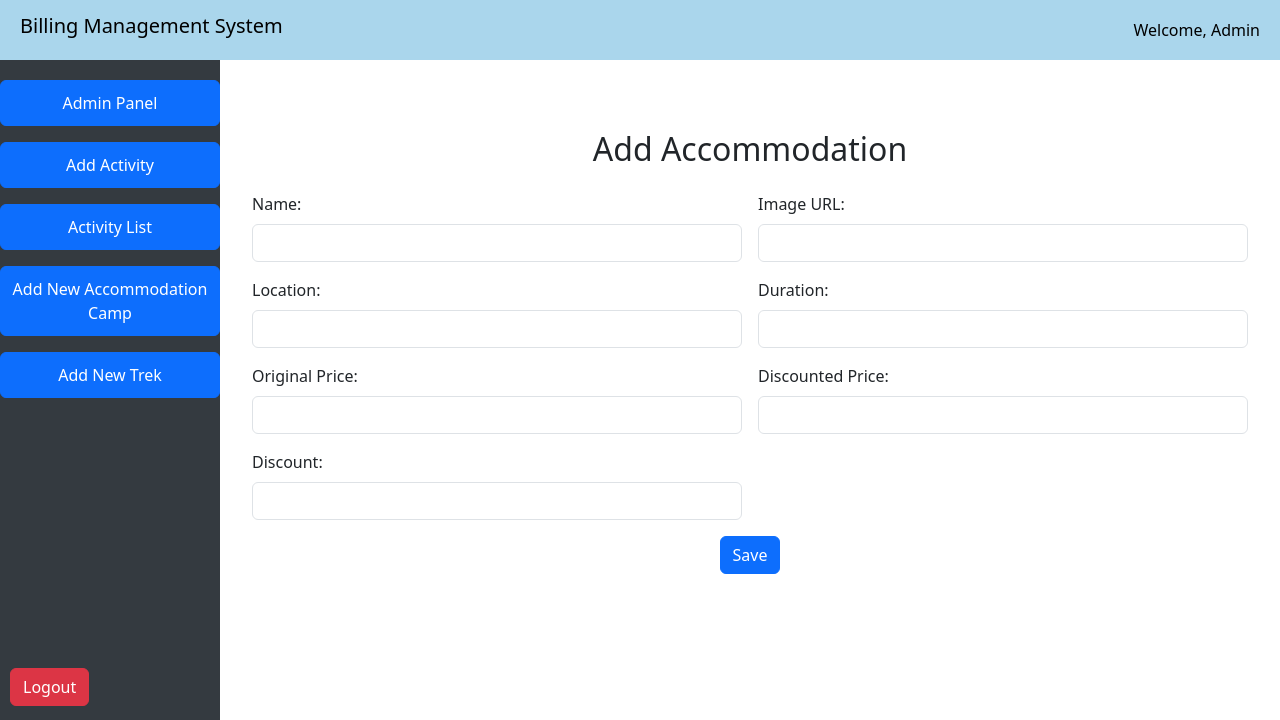
Repository: ruturajsurwase/Thymleaf-Projects
Page: http://localhost/accommodationcamp-form
An editor plug-in stored every save of this project. The page is shown before and after the next save, followed by the edit.
The browser window is 1280 px wide. The pictures show the whole page.
The page is this project's Thymeleaf template; nobody is signed in. The template is opened directly, without the code that normally fills it, so the values that code supplies are empty.

Above is the page before, as saved 2024-12-12 09:24:27.

### WEEKENDFEELS/src/main/resources/templates/accommodationcamp-form.html
<!DOCTYPE html>
<html lang="en" xmlns:th="http://www.thymeleaf.org">

<head>
    <meta charset="UTF-8">
    <meta name="viewport" content="width=device-width, initial-scale=1.0">
    <title>Add Accommodation Camp</title>
    <!-- Bootstrap CSS -->
    <link href="https://cdn.jsdelivr.net/npm/bootstrap@5.3.0-alpha3/dist/css/bootstrap.min.css" rel="stylesheet">
    <style>
        .container {
            margin-top: 30px;
        }

        .topbar {
            width: 100%;
            height: 60px;
            background-color: #aad6ec;
            color: black;
            position: fixed;
            top: 0;
            left: 0;
            z-index: 1000;
            display: flex;
            align-items: center;
            justify-content: space-between;
            padding: 0 20px;
        }

        .sidebar {
            height: 100vh;
            position: fixed;
            left: 0;
            top: 60px;
            background-color: #343a40;
            color: white;
            padding-top: 20px;
            width: 220px;
        }

        .sidebar a {
            color: white;
            display: block;
            padding: 10px;
            text-decoration: none;
            font-size: 16px;
        }

        .sidebar a:hover {
            background-color: #81b1ce;
        }

        .content {
            margin-left: 220px;
            margin-top: 80px;
            padding: 20px;
        }

        .logout-btn {
            position: absolute;
            bottom: 74px;
            width: 90%;
            left: 10px;
        }
    </style>
</head>

<body>

    <!-- Topbar -->
    <div class="topbar">
        <div class="logo">
            <h5>Billing Management System</h5>
        </div>
        <div class="user-info">
            <span>Welcome, Admin</span>
        </div>
    </div>

    <!-- Sidebar -->
    <div class="sidebar">

        <a href="/" class="btn btn-primary btn-block mb-3">Admin Panel</a>

		<a href="/add" 	class="btn btn-primary btn-block mb-3">Add Activity</a>

		<a href="/listActivities" 	class="btn btn-primary btn-block mb-3">Activity List</a>

		<a href="/accommodations/add" class="btn btn-primary btn-block mb-3">Add New Accommodation Camp</a>


	    <a href="/trek/add" class="btn btn-primary btn-block mb-3">Add New Trek</a>


        <form th:action="@{/logout}" method="post" class="logout-btn">
            <button type="submit" class="btn btn-danger btn-block">Logout</button>
        </form>
    </div>

    <!-- Main Content -->
    <div class="content">
        <div class="container">
            <h2 class="text-center mb-4">Add Accommodation</h2>
            <form action="/accommodations/save" method="post" class="row g-3">
                <div class="col-md-6">
                    <label class="form-label" for="name">Name:</label>
                    <input type="text" id="name" name="name" class="form-control" required>
                </div>

                <div class="col-md-6">
                    <label class="form-label" for="imageUrl">Image URL:</label>
                    <input type="text" id="imageUrl" name="imageUrl" class="form-control" required>
                </div>

                <div class="col-md-6">
                    <label class="form-label" for="location">Location:</label>
                    <input type="text" id="location" name="location" class="form-control" required>
                </div>

                <div class="col-md-6">
                    <label class="form-label" for="duration">Duration:</label>
                    <input type="text" id="duration" name="duration" class="form-control" required>
                </div>

                <div class="col-md-6">
                    <label class="form-label" for="originalPrice">Original Price:</label>
                    <input type="text" id="originalPrice" name="originalPrice" class="form-control" required>
                </div>

                <div class="col-md-6">
                    <label class="form-label" for="discountedPrice">Discounted Price:</label>
                    <input type="text" id="discountedPrice" name="discountedPrice" class="form-control" required>
                </div>

                <div class="col-md-6">
                    <label class="form-label" for="discount">Discount:</label>
                    <input type="text" id="discount" name="discount" class="form-control" required>
                </div>

                <div class="col-12 text-center">
                    <button type="submit" class="btn btn-primary">Save</button>
                </div>
            </form>
        </div>
    </div>

    <!-- Bootstrap JS -->
    <script src="https://cdn.jsdelivr.net/npm/bootstrap@5.3.0-alpha3/dist/js/bootstrap.bundle.min.js"></script>

</body>

</html>

After the next save:
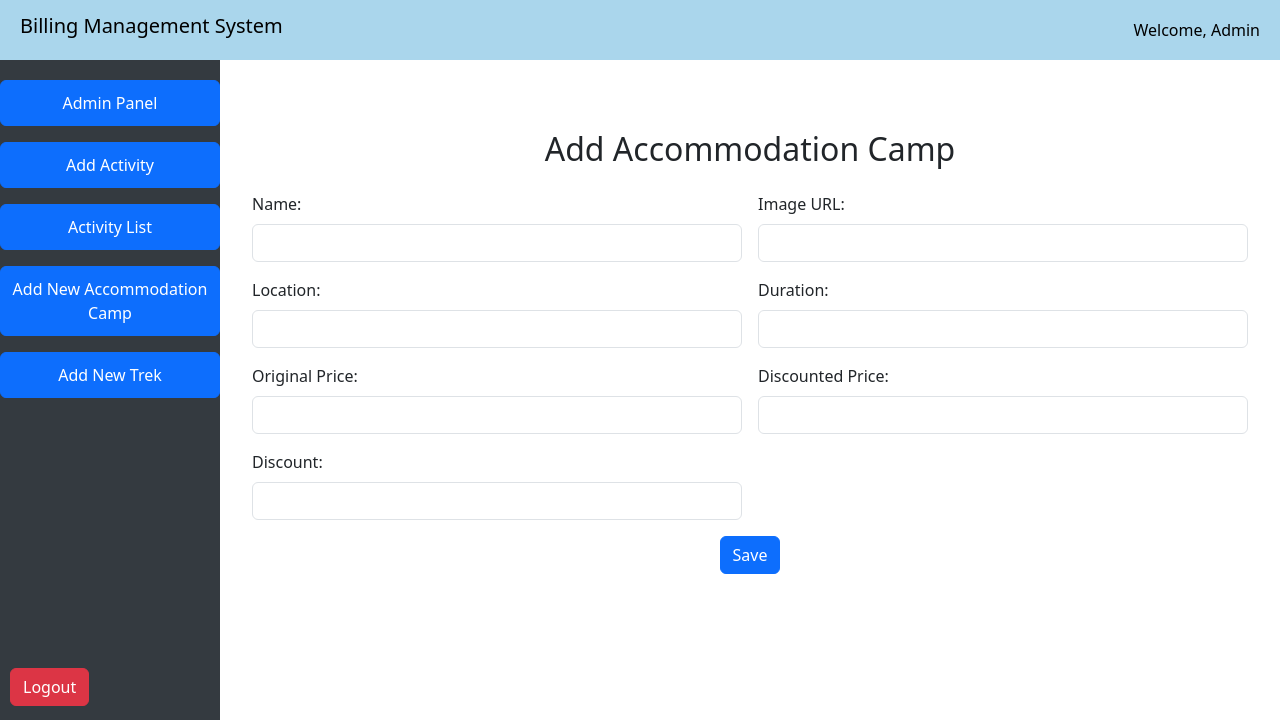
Saved 5 s later.
--- a/WEEKENDFEELS/src/main/resources/templates/accommodationcamp-form.html
+++ b/WEEKENDFEELS/src/main/resources/templates/accommodationcamp-form.html
@@ -100,7 +100,7 @@
     <!-- Main Content -->
     <div class="content">
         <div class="container">
-            <h2 class="text-center mb-4">Add Accommodation</h2>
+            <h2 class="text-center mb-4">Add Accommodation Camp</h2>
             <form action="/accommodations/save" method="post" class="row g-3">
                 <div class="col-md-6">
                     <label class="form-label" for="name">Name:</label>
